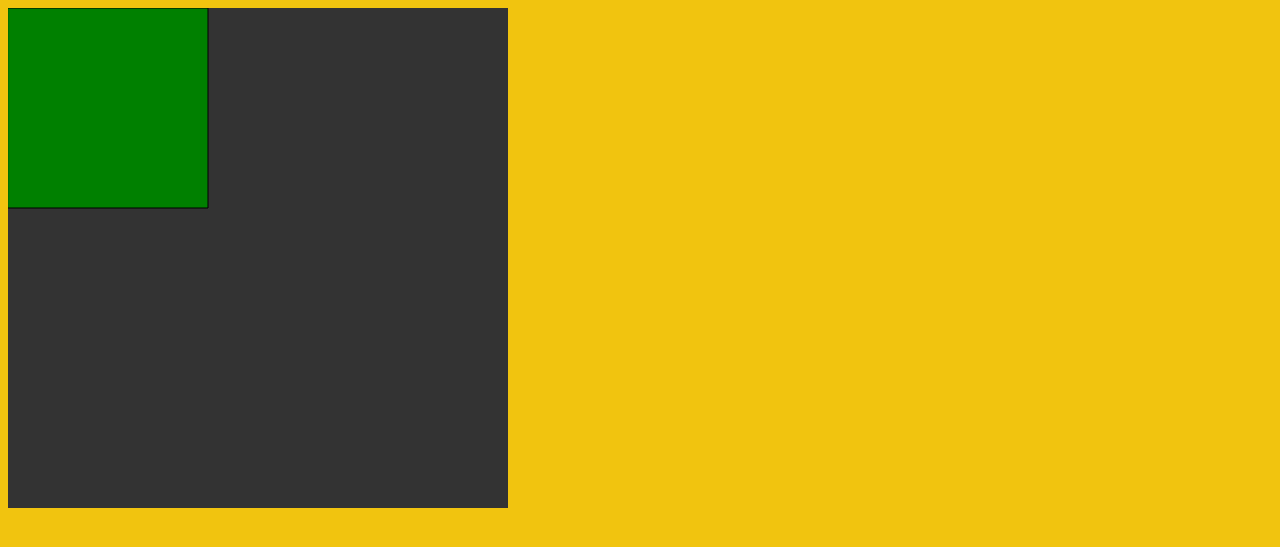
Repository: animarcus/graphing-app
Page: index.html
These files come from the project's save history. The page is drawn as it stood at one moment and after the next save; the edit follows.
The browser window is 1280 px wide. The pictures show the whole page.
Some web libraries are served in a nearby version.

Above is the page before, as saved 2020-09-21 22:48:49.

After the next save:
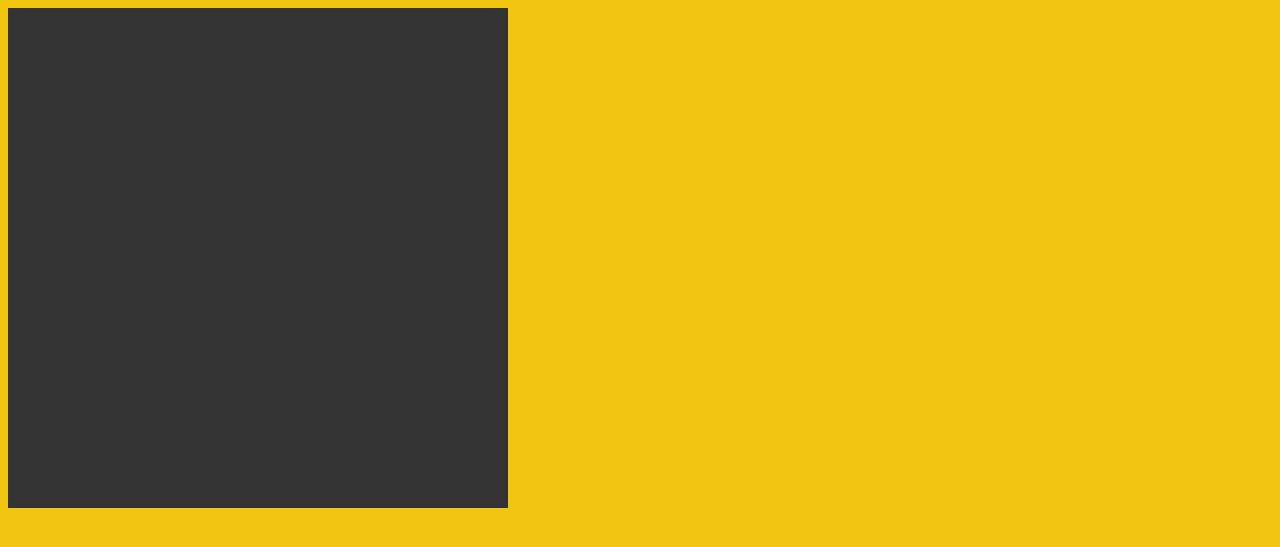
Saved 19 s later.
--- a/js/sketch.js
+++ b/js/sketch.js
@@ -7,5 +7,4 @@ function setup() {
 function draw() {
   background(51);
   fill(color("green"));
-  rect(0, 0, 200, 200);
 }
